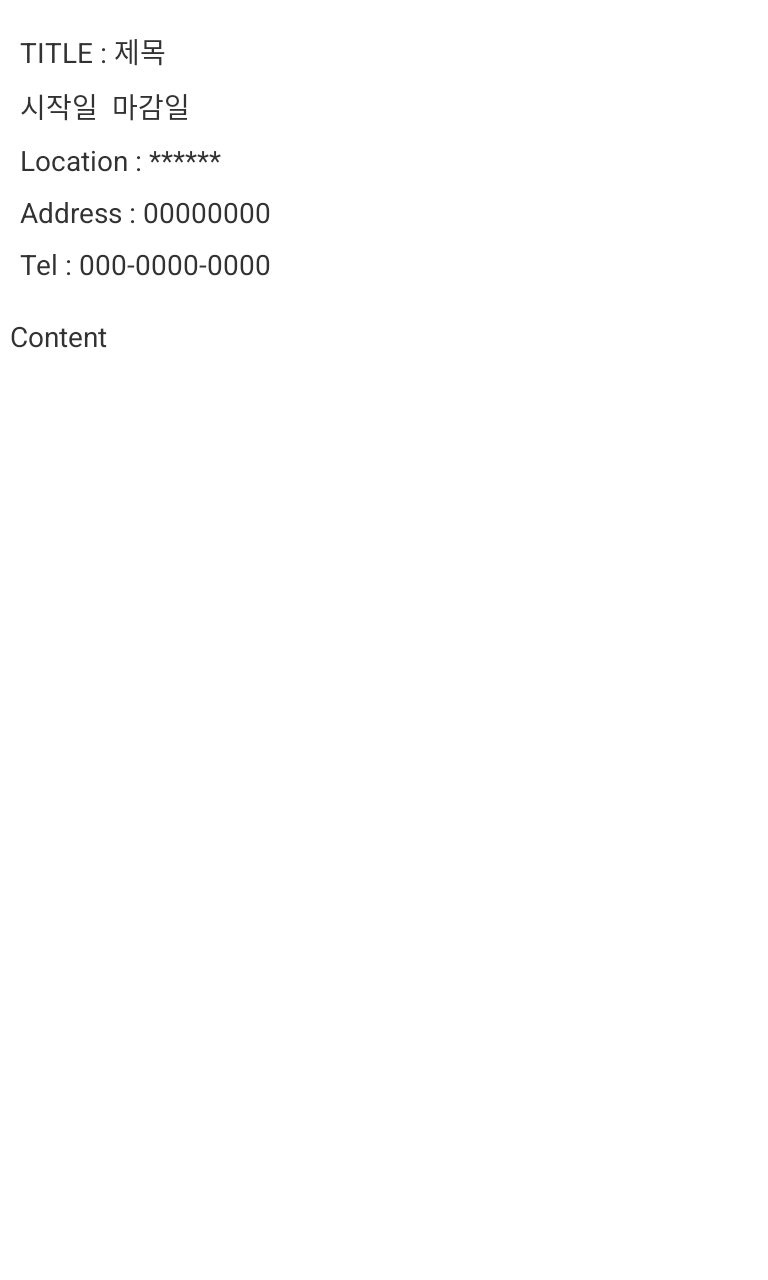
Repository: chlduq04/java
Layout: Culturemap/res/layout/detail.xml
An editor plug-in stored every save of this project. The layout is shown before and after a run of saves, followed by the edit.
It is drawn on a 768 x 1280 px phone screen (xhdpi) without system bars, with theme AppTheme; the app's code is not run.

Above is the layout before, as saved 2012-07-23 07:09:41.

After the next 2 saves:
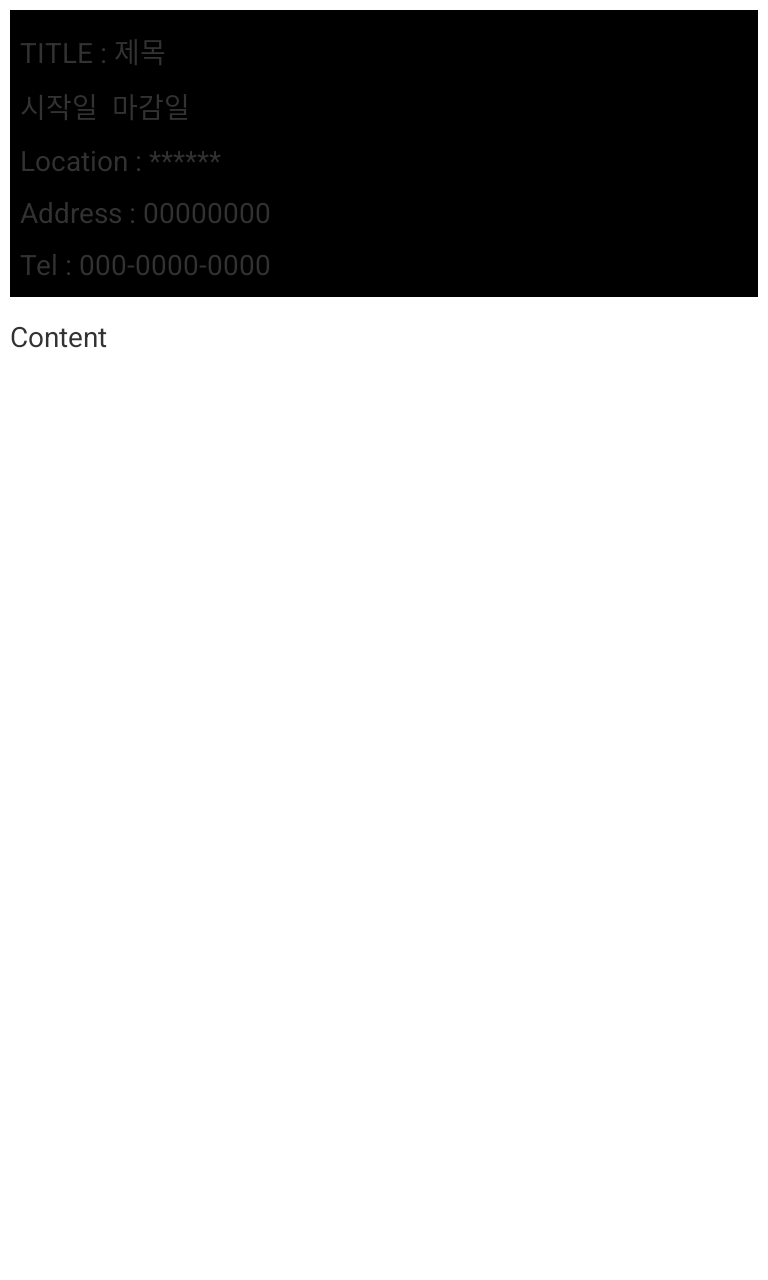
The 2 saves are shown as one change because 1 did not build or start.
The last was saved 87 s later.
--- a/Culturemap/res/layout/detail.xml
+++ b/Culturemap/res/layout/detail.xml
@@ -5,7 +5,7 @@
     android:orientation="vertical" >
 
     <LinearLayout
-        android:background="#ffffff"
+        android:background="#000000"
         android:layout_width="match_parent"
         android:layout_height="wrap_content"
         android:layout_margin="5dip"
